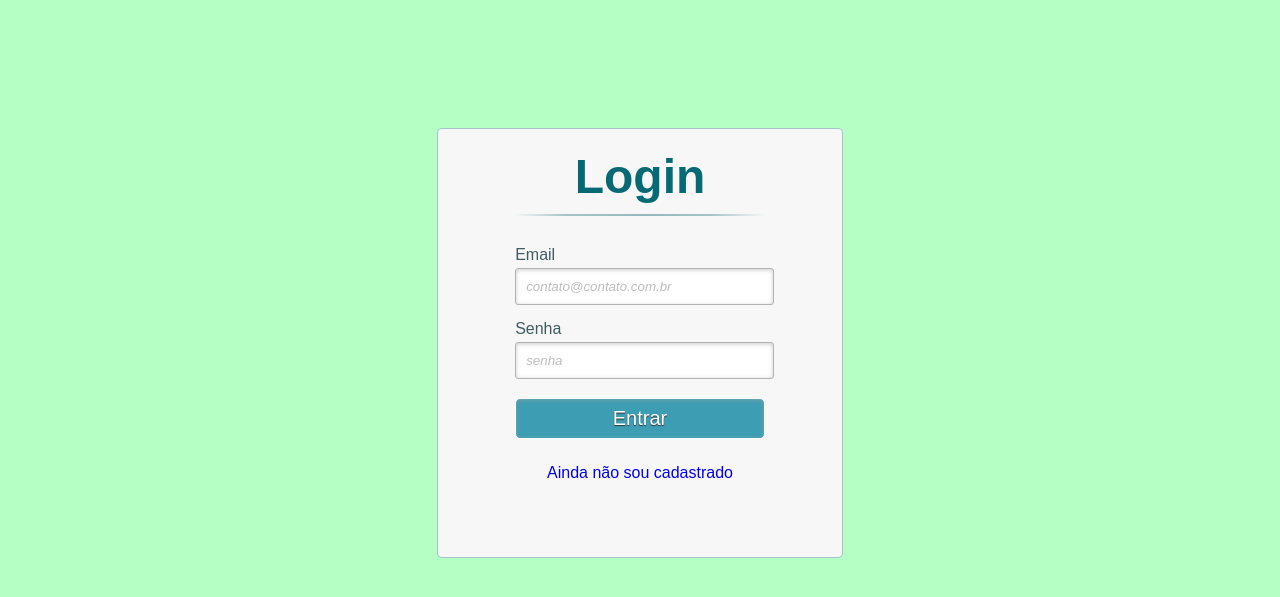
Repository: DavidCostaMariano/gsjava
Page: http://localhost/GsJava/
These files come from the project's save history. The page is drawn as it stood at one moment and after the next save; the edit follows.
The browser window is 1280 px wide. The pictures show the whole page.
The page is served by Tomcat 9. Other server files are loaded and not shown.

Above is the page before, as saved 2023-11-15 15:47:04.

### GsJava/src/main/webapp/index.jsp
<%@ page language="java" contentType="text/html; charset=UTF-8"
	pageEncoding="UTF-8"%>
<!DOCTYPE html>
<html>
<head>
<meta charset="ISO-8859-1">
<title>HapVida - Suporte</title>
<meta name="viewport" content="width=device-width, initial-scale=1.0">
<link rel="stylesheet" type="text/css" href="css/estilo.css" />
</head>
<body>
	<div class="container">
			<!--FORMULÁRIO DE LOGIN-->
			<div id="cadastro">
				<form action="">
					<h1>Login</h1>

					<p>
						<label for="email">Email</label> <input id="email" name="email"
							required="required" type="text"
							placeholder="contato@contato.com.br" />
					</p>

					<p>
						<label for="senha">Senha</label> <input id="senha" name="senha"
							required="required" type="password" placeholder="senha" />
					</p>
					<p>
						<input type="submit" value="Entrar" />
					</p>

					<p align="center">
						<a href="form/formCadastro.jsp">Ainda não sou cadastrado</a>
					</p>

				</form>
		</div>
	</div>
</body>
</html>

### GsJava/src/main/webapp/css/estilo.css
@charset "ISO-8859-1";

body{
	height: 100vh;
	background-color: #54ff776e;
}
*, *:before, *:after {
  margin:0;
  padding:0;
  font-family: Arial,sans-serif;
}

/* remove a linha dos links */
a{
  text-decoration: none;
}

/* esconde as ancoras da tela */
a.links{
  display: none;
}
.container{
	height: 100%;
    display: flex;
    justify-content: center;
    align-items: center;
	}
.content{
  width: 500px;
  min-height: 560px;
  margin: 0px auto;
  position: relative;
}

h1{
  font-size: 48px;
  color: #066a75;
  padding: 2px 0 10px 0;
  font-family: Arial,sans-serif;
  font-weight: bold;
  text-align: center;
  padding-bottom: 30px;
}

h1:after{
  content: ' ';
  display: block;
  width: 100%;
  height: 2px;
  margin-top: 10px;
  background: -webkit-linear-gradient(left, rgba(147,184,189,0) 0%,rgba(147,184,189,0.8) 20%,rgba(147,184,189,1) 53%,rgba(147,184,189,0.8) 79%,rgba(147,184,189,0) 100%);
  background: linear-gradient(left, rgba(147,184,189,0) 0%,rgba(147,184,189,0.8) 20%,rgba(147,184,189,1) 53%,rgba(147,184,189,0.8) 79%,rgba(147,184,189,0) 100%);
}

p{
  margin-bottom:15px;
}

.content p:first-child{
  margin: 0px;
}

label{
  color: #405c60;
  position: relative;
}

/* placeholder */
::-webkit-input-placeholder  {
  color: #bebcbc;
  font-style: italic;
}

input:-moz-placeholder,
textarea:-moz-placeholder{
  color: #bebcbc;
  font-style: italic;
}

input {
  outline: none;
}

/*estilo dos input,  menos o checkbox */
input:not([type="checkbox"]){
  width: 95%;
  margin-top: 4px;
  padding: 10px;
  border: 1px solid #b2b2b2;

  -webkit-border-radius: 3px;
  border-radius: 3px;

  -webkit-box-shadow: 0px 1px 4px 0px rgba(168, 168, 168, 0.6) inset;
  box-shadow: 0px 1px 4px 0px rgba(168, 168, 168, 0.6) inset;

  -webkit-transition: all 0.2s linear;
  transition: all 0.2s linear;
}

/*estilo do botão submit */
input[type="submit"]{
  width: 100%!important;
  cursor: pointer;
  background: rgb(61, 157, 179);
  padding: 8px 5px;
  color: #fff;
  font-size: 20px;
  border: 1px solid #fff;
  margin-bottom: 10px;
  text-shadow: 0 1px 1px #333;

  -webkit-border-radius: 5px;
  border-radius: 5px;

  transition: all 0.2s linear;
}

/*estilo do botão submit no hover */
input[type="submit"]:hover{
  background: #4ab3c6;
}

.link{
  position: absolute;
  background: #e1eaeb;
  color: #7f7c7c;
  left: 0px;
  height: 20px;
  width: 440px;
  padding: 17px 30px 20px 30px;
  font-size: 16px;
  text-align: right;
  border-top: 1px solid #dbe5e8;

  -webkit-border-radius: 0 0  5px 5px;
  border-radius: 0 0  5px 5px;
}

.link a {
  font-weight: bold;
  background: #f7f8f1;
  padding: 6px;
  color: rgb(29, 162, 193);
  margin-left: 10px;
  border: 1px solid #cbd518;

  -webkit-border-radius: 4px;
  border-radius: 4px;

  -webkit-transition: all 0.4s linear;
  transition: all 0.4s  linear;
}

.link a:hover {
  color: #39bfd7;
  background: #f7f7f7;
  border: 1px solid #4ab3c6;
}

#cadastro,
#login{
  position: absolute;
  padding: 18px 6% 60px 6%;
  margin: 0 0 35px 0;
  background: #f7f7f7;
  border: 1px solid rgba(147, 184, 189,0.8);
  border-radius: 5px;
}

/* Efeito ao clicar no botão ( Ir para Login ) */
#paracadastro:target ~ .content #cadastro,
#paralogin:target ~ .content #login{
  z-index: 2;
  -webkit-animation-name: fadeInLeft;
  animation-name: fadeInLeft;

  -webkit-animation-delay: .1s;
  animation-delay: .1s;
}

/* Efeito ao clicar no botão ( Cadastre-se ) */
#registro:target ~ .content #login,
#paralogin:target ~ .content #cadastro{
  -webkit-animation-name: fadeOutLeft;
  animation-name: fadeOutLeft;
}

/*fadeInLeft*/
@-webkit-keyframes fadeInLeft {
  0% {
    opacity: 0;
    -webkit-transform: translateX(-20px);
  }
  100% {
    opacity: 1;
    -webkit-transform: translateX(0);
  }
}

@keyframes fadeInLeft {
  0% {
    opacity: 0;
    transform: translateX(-20px);
  }
  100% {
    opacity: 1;
    transform: translateX(0);
  }
}

/*fadeOutLeft*/
@-webkit-keyframes fadeOutLeft {
  0% {
    opacity: 1;
    -webkit-transform: translateX(0);
  }
  100% {
    opacity: 0;
    -webkit-transform: translateX(-20px);
  }
}

@keyframes fadeOutLeft {
  0% {
    opacity: 1;
    transform: translateX(0);
  }
  100% {
    opacity: 0;
    transform: translateX(-20px);
  }
}

After the next save:
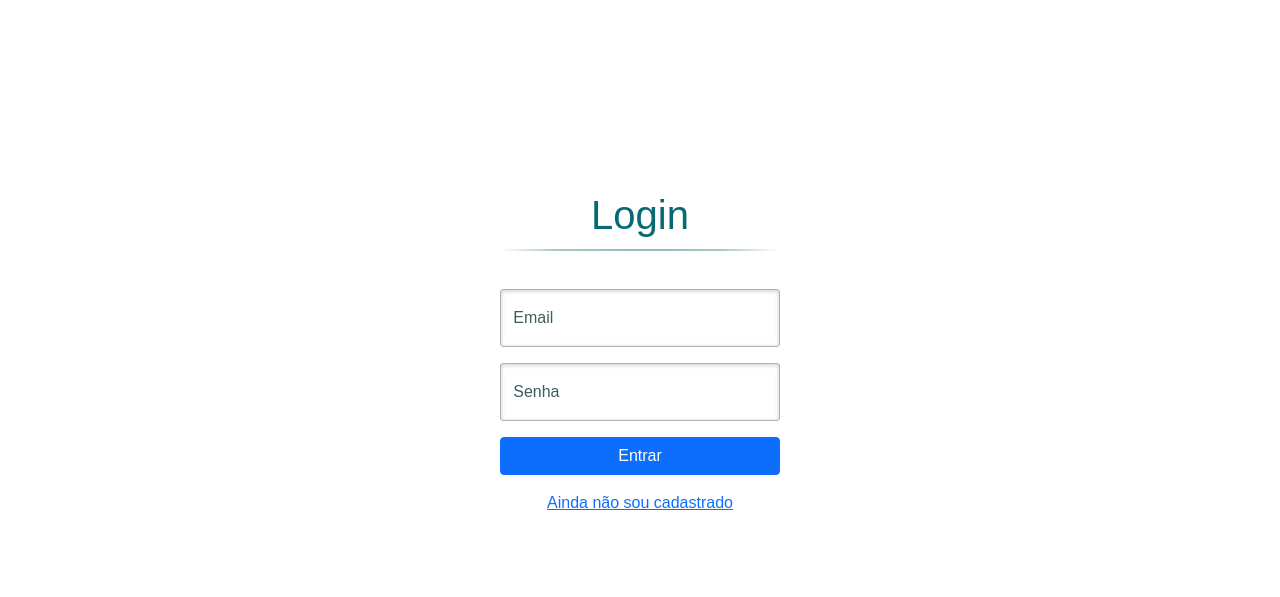
Saved 13 min 27 s later.
--- a/GsJava/src/main/webapp/index.jsp
+++ b/GsJava/src/main/webapp/index.jsp
@@ -7,34 +7,42 @@
 <title>HapVida - Suporte</title>
 <meta name="viewport" content="width=device-width, initial-scale=1.0">
 <link rel="stylesheet" type="text/css" href="css/estilo.css" />
+	<link href="https://cdn.jsdelivr.net/npm/bootstrap@5.0.2/dist/css/bootstrap.min.css" rel="stylesheet"
+		integrity="sha384-EVSTQN3/azprG1Anm3QDgpJLIm9Nao0Yz1ztcQTwFspd3yD65VohhpuuCOmLASjC" crossorigin="anonymous">
+
 </head>
+
 <body>
 	<div class="container">
-			<!--FORMULÁRIO DE LOGIN-->
-			<div id="cadastro">
-				<form action="">
-					<h1>Login</h1>
 
+		<form action="">
+			<h1>Login</h1>
+			<div class="form-floating mb-3">
+				<input type="email" class="form-control w-100" id="floatingInputEmail" placeholder="name@example.com">
+				<label for="floatingInput">Email</label>
+			</div>
+			<div class="form-floating mb-3">
+				<input type="password" class="form-control w-100" id="floatingInputSenha" placeholder="MinhaSenha">
+				<label for="floatingInput">Senha</label>
+			</div>
+			<div class="d-flex justify-content-center row">
+				<div class="col-12">
+
+					<button type="submit" class="btn btn-primary w-100">Entrar</button>
+				</div>
+				<div class="col-12 text-center pt-3">
 					<p>
-						<label for="email">Email</label> <input id="email" name="email"
-							required="required" type="text"
-							placeholder="contato@contato.com.br" />
-					</p>
-
-					<p>
-						<label for="senha">Senha</label> <input id="senha" name="senha"
-							required="required" type="password" placeholder="senha" />
-					</p>
-					<p>
-						<input type="submit" value="Entrar" />
-					</p>
-
-					<p align="center">
 						<a href="form/formCadastro.jsp">Ainda não sou cadastrado</a>
 					</p>
 
-				</form>
-		</div>
+				</div>
+			</div>
+		</form>
 	</div>
+	<script src="https://cdn.jsdelivr.net/npm/bootstrap@5.0.2/dist/js/bootstrap.bundle.min.js"
+		integrity="sha384-MrcW6ZMFYlzcLA8Nl+NtUVF0sA7MsXsP1UyJoMp4YLEuNSfAP+JcXn/tWtIaxVXM"
+		crossorigin="anonymous"></script>
+
 </body>
+
 </html>
